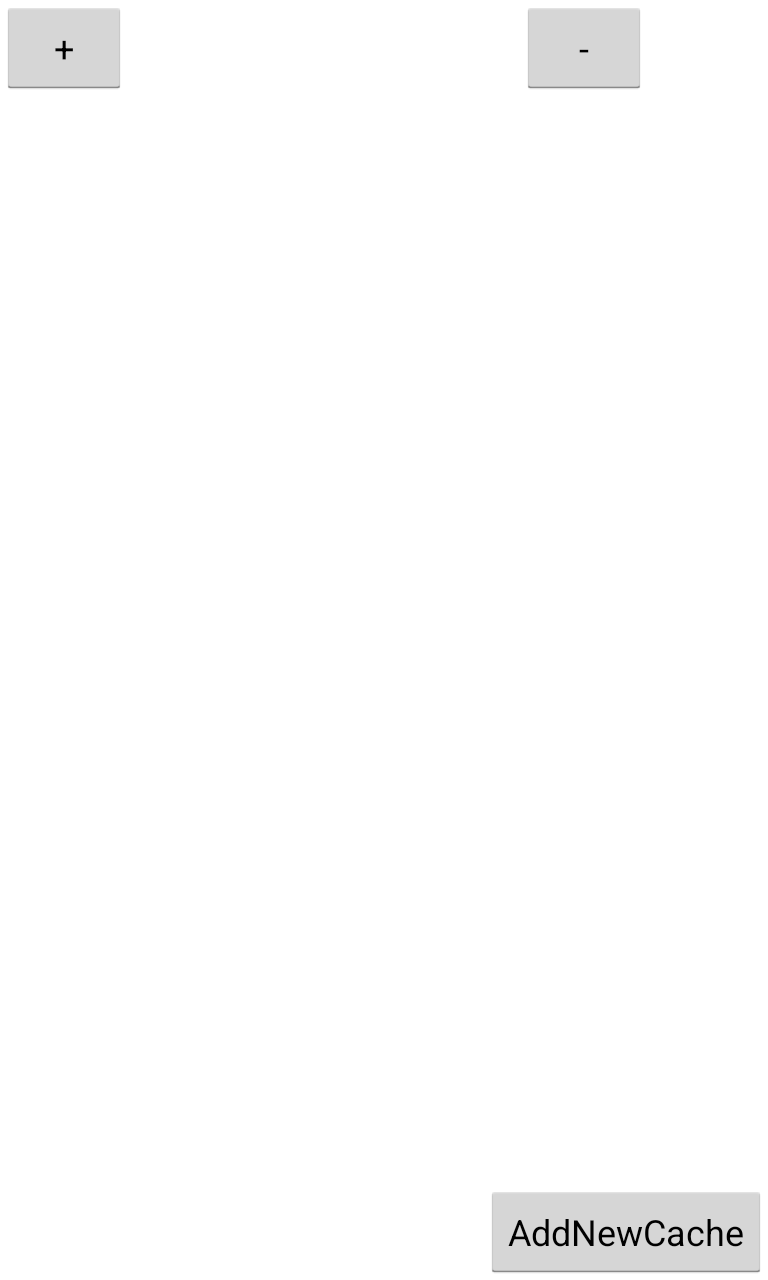
Repository: mpdehnel/seg
Layout: VectorOne/res/layout/activity_radar.xml
The author's editor kept a copy of each file at every save. The layout is drawn from the files as they stood at one save, then again after the next save.
It is drawn on a 768 x 1280 px phone screen (xhdpi) without system bars, with theme AppTheme; the app's code is not run.

Above is the layout before, as saved 2013-03-11 21:47:12.

### VectorOne/res/layout/activity_radar.xml
<?xml version="1.0" encoding="utf-8"?>
<RelativeLayout xmlns:android="http://schemas.android.com/apk/res/android"
    android:id="@+id/radar_preview"
    android:layout_width="match_parent"
    android:layout_height="match_parent" >

    <Button
        android:id="@+id/radar_zoomin"
        android:layout_width="wrap_content"
        android:layout_height="wrap_content"
        android:text="+" />

    <Button
        android:id="@+id/radar_zoomout"
        android:layout_width="wrap_content"
        android:layout_height="wrap_content"
        android:layout_marginLeft="260dp"
        android:text="-" />

    <Button
        android:id="@+id/addnewCachRadar"
        android:layout_width="wrap_content"
        android:layout_height="wrap_content"
        android:layout_alignParentBottom="true"
        android:layout_alignParentRight="true"
        android:text="AddNewCache" />

</RelativeLayout>

Loaded but not shown: VectorOne/res/values/styles.xml (common file); VectorOne/res/values-v11/styles.xml (common file); VectorOne/res/values-v14/styles.xml (common file)

After the next save:
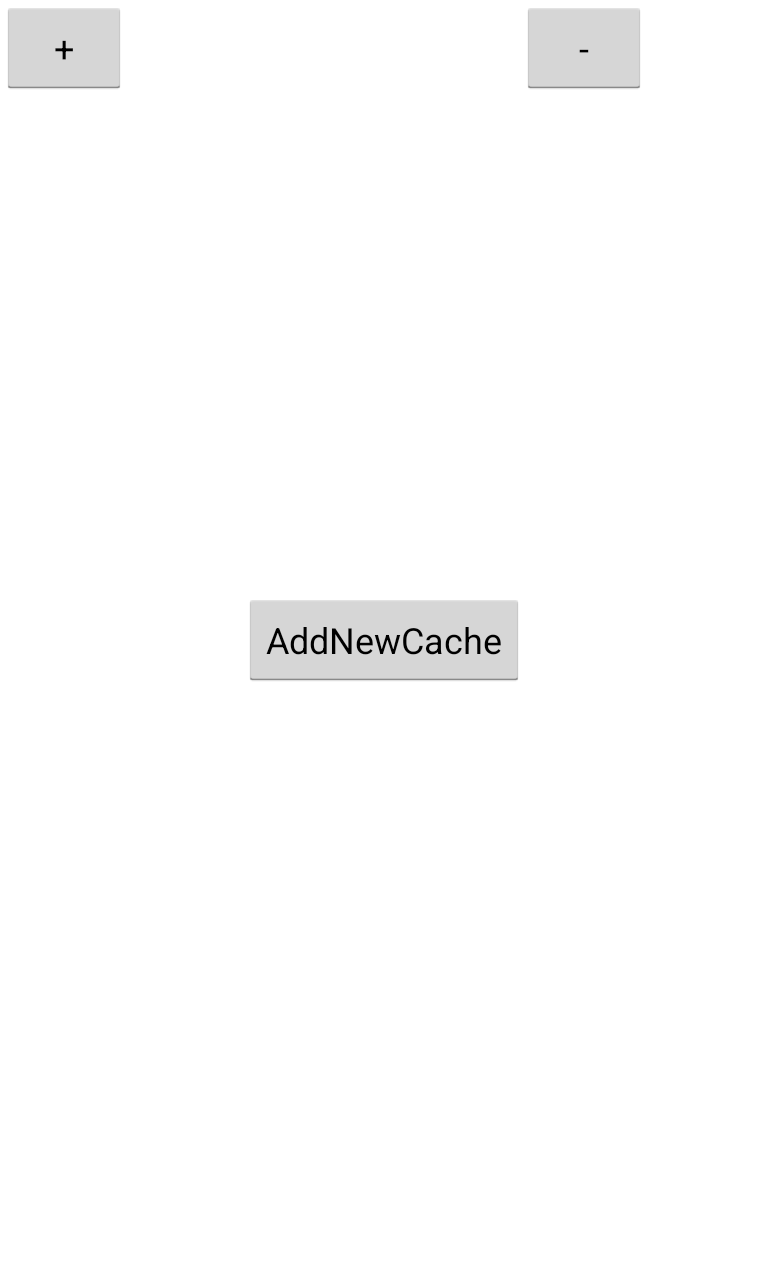
Saved 4 min 41 s later.
--- a/VectorOne/res/layout/activity_radar.xml
+++ b/VectorOne/res/layout/activity_radar.xml
@@ -21,8 +21,8 @@
         android:id="@+id/addnewCachRadar"
         android:layout_width="wrap_content"
         android:layout_height="wrap_content"
-        android:layout_alignParentBottom="true"
-        android:layout_alignParentRight="true"
+        android:layout_centerHorizontal="true"
+        android:layout_centerVertical="true"
         android:text="AddNewCache" />
 
 </RelativeLayout>
